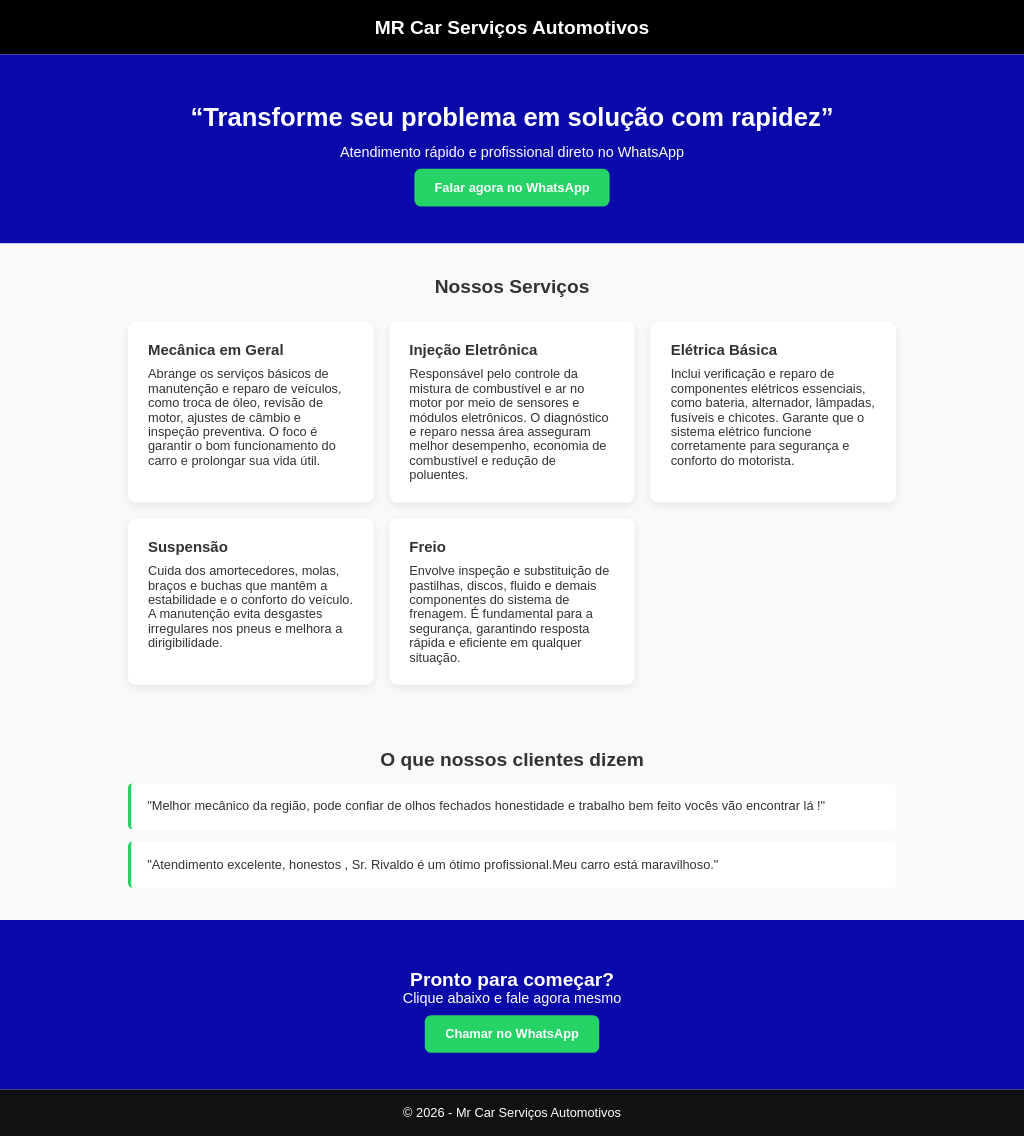
Repository: templaterj1991-Luiz/Main
Page: Template/index.html
An editor plug-in stored every save of this project. The page is shown before and after a run of saves, followed by the edit.
The browser window is 1280 px wide. The pictures show the whole page, at 80% of full size.

Above is the page before, as saved 2026-05-25 17:57:51.

### Template/index.html
<!DOCTYPE html>
<html lang="pt-BR">

<head>
    <meta charset="UTF-8">
    <meta name="viewport" content="width=device-width, initial-scale=1.0">
    <title>Mr Car Serviços Automotivos</title>
    <style>
        * {
            margin: 0;
            padding: 0;
            box-sizing: border-box;
            font-family: 'Arial', sans-serif;
        }

        body {
            background: #f8f9fa;
            color: #333;
        }

        header {
            background: #000000;
            color: #fff;
            padding: 20px;
            text-align: center;
        }

        .hero {
            padding: 60px 20px;
            text-align: center;
            background:  rgb(10, 10, 170);
            color: white;
        }

        .hero h1 {
            font-size: 32px;
            margin-bottom: 15px;
        }

        .hero p {
            font-size: 18px;
            margin-bottom: 25px;
        }

        .btn {
            background: #25D366;
            color: white;
            padding: 15px 25px;
            border-radius: 8px;
            text-decoration: none;
            font-weight: bold;
            transition: 0.3s;
        }

        .btn:hover {
            background: #1ebe5d;
        }

        .container {
            max-width: 1000px;
            margin: auto;
            padding: 40px 20px;
        }

        .grid {
            display: grid;
            grid-template-columns: repeat(auto-fit, minmax(250px, 1fr));
            gap: 20px;
        }

        .card {
            background: white;
            padding: 25px;
            border-radius: 10px;
            box-shadow: 0 4px 10px rgba(0, 0, 0, 0.08);
        }

        .card h3 {
            margin-bottom: 10px;
        }

        .testimonial {
            background: #fff;
            padding: 20px;
            border-left: 4px solid #25D366;
            margin-top: 15px;
            border-radius: 6px;
        }

        footer {
            text-align: center;
            padding: 20px;
            background: #111;
            color: white;

        }
    </style>
</head>

<body>
    <header>
        <h2>MR Car Serviços Automotivos</h2>
    </header>
    <section class="hero">
        <h1>“Transforme seu problema em solução com rapidez”</h1>
        <p>Atendimento rápido e profissional direto no WhatsApp</p> <a class="btn" href="https://wa.me/5521983543090"
            target="_blank"> Falar agora no WhatsApp </a>
    </section>
    <section class="container">
        <h2 style="text-align:center; margin-bottom:30px;">Nossos Serviços</h2>
        <div class="grid">
            <div class="card">
                <h3>Mecânica em Geral</h3>
                <p>Abrange os serviços básicos de manutenção e reparo de veículos, como troca de óleo, revisão de motor, ajustes de câmbio e inspeção preventiva. O foco é garantir o bom funcionamento do carro e prolongar sua vida útil.</p>
            </div>
            <div class="card">
                <h3>Injeção Eletrônica </h3>
                <p>Responsável pelo controle da mistura de combustível e ar no motor por meio de sensores e módulos eletrônicos. O diagnóstico e reparo nessa área asseguram melhor desempenho, economia de combustível e redução de poluentes.</p>
            </div>
            <div class="card">
                <h3>Elétrica Básica</h3>
                <p>Inclui verificação e reparo de componentes elétricos essenciais, como bateria, alternador, lâmpadas, fusíveis e chicotes. Garante que o sistema elétrico funcione corretamente para segurança e conforto do motorista.</p>
            </div>
             <div class="card">
                <h3>Suspensão</h3>
                <p>Cuida dos amortecedores, molas, braços e buchas que mantêm a estabilidade e o conforto do veículo. A manutenção evita desgastes irregulares nos pneus e melhora a dirigibilidade.</p>
            </div>
             <div class="card">
                <h3>Freio</h3>
                <p>Envolve inspeção e substituição de pastilhas, discos, fluido e demais componentes do sistema de frenagem. É fundamental para a segurança, garantindo resposta rápida e eficiente em qualquer situação.</p>
            </div>
        </div>
    </section>
    <section class="container">
        <h2 style="text-align:center;">O que nossos clientes dizem</h2>
        <div class="testimonial"> "Melhor mecânico da região, pode confiar de olhos fechados honestidade e trabalho bem feito vocês vão encontrar lá !" </div>
        <div class="testimonial"> "Atendimento excelente, honestos , Sr. Rivaldo é um ótimo profissional.Meu carro está maravilhoso." </div>
    </section>
    <section class="hero">
        <h2>Pronto para começar?</h2>
        <p>Clique abaixo e fale agora mesmo</p> <a class="btn" href="https://wa.me/5521983543090" target="_blank"> Chamar no
            WhatsApp </a>
    </section>
    <footer>
        <p>© 2026 - Mr Car Serviços Automotivos</p>
    </footer>
</body>

</html>

After the next 3 saves:
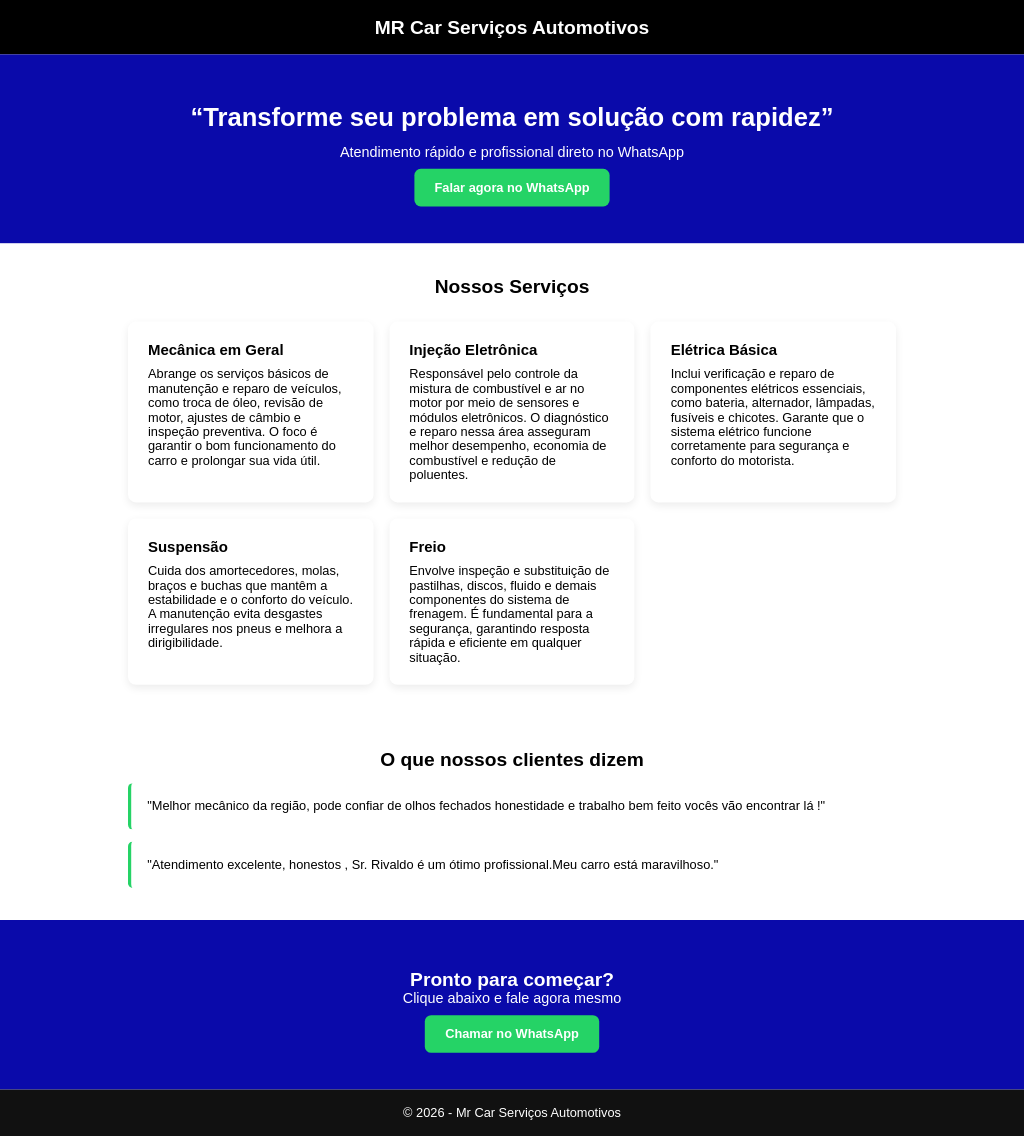
The 3 saves are shown as one change because they came seconds apart.
The last was saved 11 days later.
--- a/Template/index.html
+++ b/Template/index.html
@@ -14,7 +14,7 @@
         }
 
         body {
-            background: #f8f9fa;
+            background-image:url()
             color: #333;
         }
 

After the 3 saves that followed:
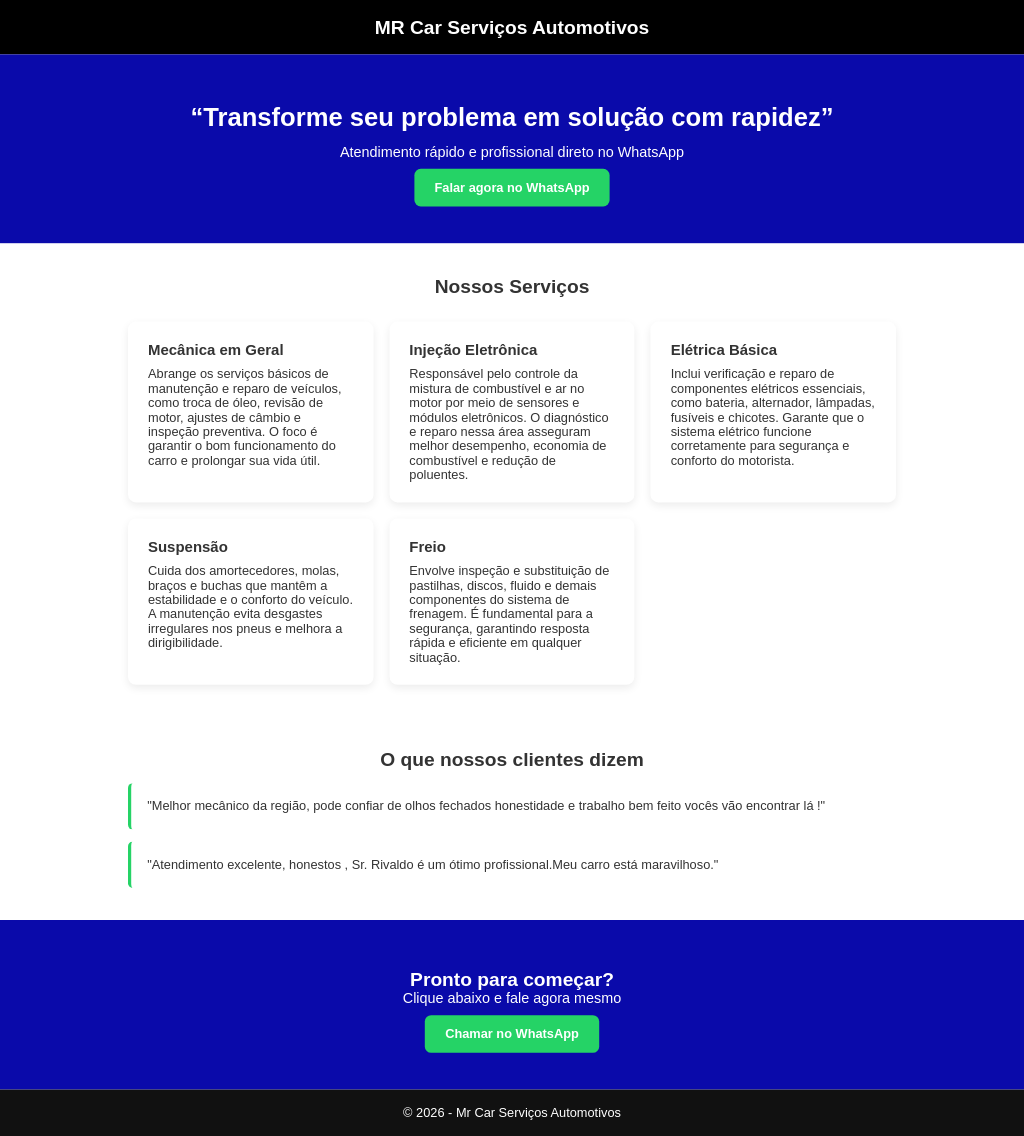
The 3 saves are shown as one change because they came seconds apart.
The last was saved 9 s later.
--- a/Template/index.html
+++ b/Template/index.html
@@ -14,7 +14,7 @@
         }
 
         body {
-            background-image:url()
+            background-image:url();
             color: #333;
         }
 
